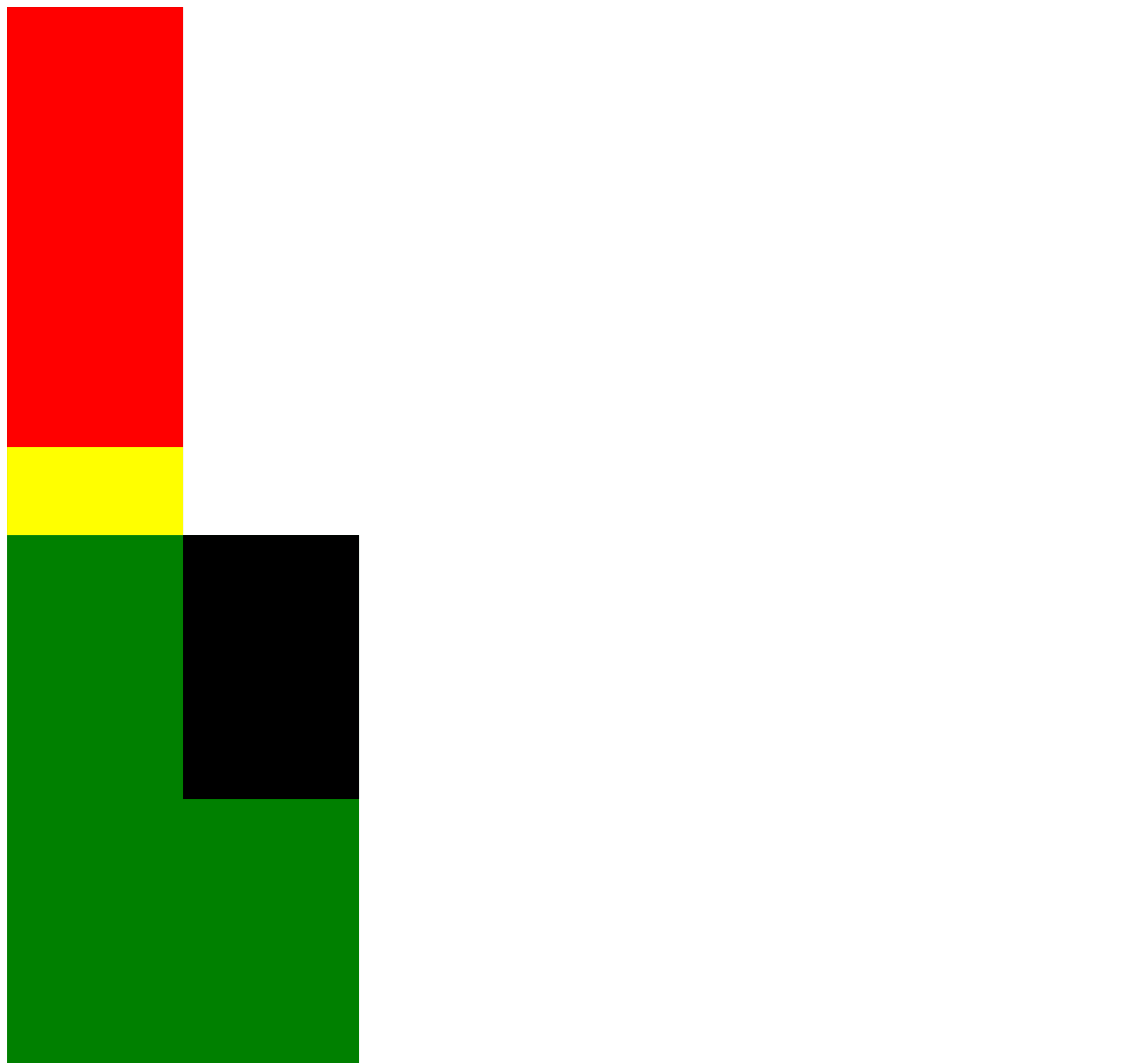
Repository: Seokho96/CSSPractice
Page: css/work01/WebContent/index01.html
These files come from the project's save history. The page is drawn as it stood at one moment and after the next save; the edit follows.
The browser window is 1280 px wide. The pictures show the whole page, at 88% of full size.

Above is the page before, as saved 2020-07-13 06:44:16.

After the next save:
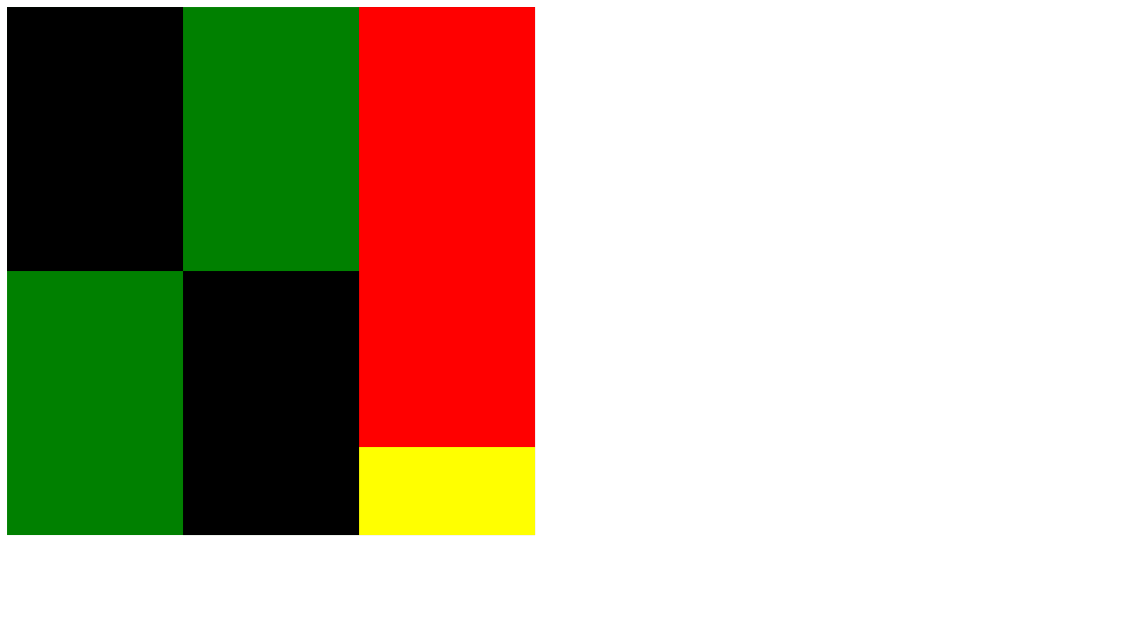
Saved 3 min 43 s later.
--- a/css/work01/WebContent/index01.html
+++ b/css/work01/WebContent/index01.html
@@ -10,36 +10,42 @@
    width: 600px;
    height: 600px;
 }
-#left{
+#right{
    width: 200px;
    height: 600px;
    background-color: black;
+   float: right;
 }
-#lefttop{
+#righttop{
     width: 200px;
    height: 500px;
    background-color: red;
-   float: left;
+   float: right;
 }
-#leftdown{
+#rightdown{
      width:200px;
    height: 100px;
    background-color: yellow;
-   float: left;
+   float: right;
 }
-#right{
+#left{
    width: 400px;
    height: 600px;
    background-color: green;
 
 }
-#righttop{
+#lefttop{
    width: 200px;
+   height: 300px;
+   background-color: black;
+
+}
+#leftdown{
+    width: 200px;
    height: 300px;
    background-color: black;
    float: right;
 }
-
 
 
 </style>
@@ -47,18 +53,16 @@
 <body>
 
 <div id="fullscreen">
+<div id="right">
+<div id="righttop">
+</div>
+<div id="rightdown">
+</div>
+</div>
 <div id="left">
 <div id="lefttop">
 </div>
 <div id="leftdown">
-</div>
-</div>
-<div id="right">
-<div id="rightmiddle">
-</div>
-<div id="righttop">
-</div>
-<div id="rightdown">
 </div>
 </div>
 
